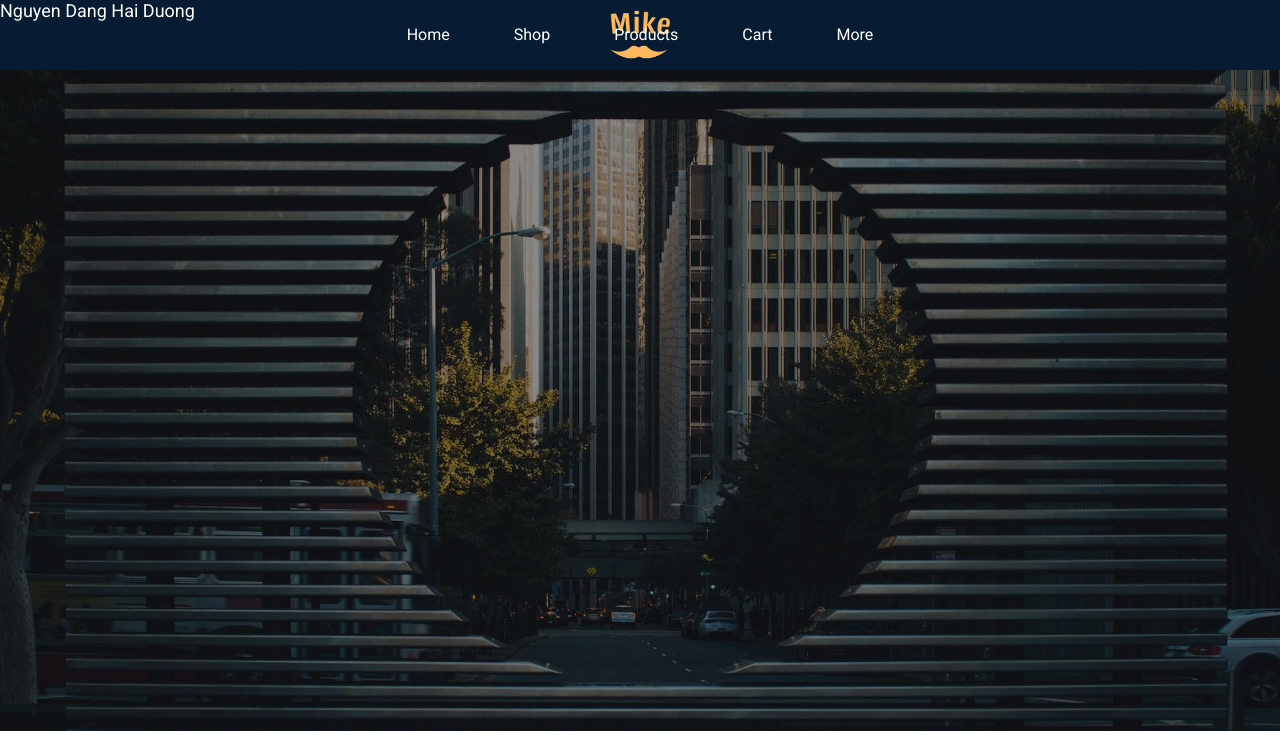
Repository: haiduong7499/Personal-Profile
Page: index.html
The author's editor kept a copy of each file at every save. The page is drawn from the files as they stood at one save, then again after the next save.
The browser window is 1280 px wide. The pictures show the whole page.

Above is the page before, as saved 2021-02-27 17:19:52.

### index.html
<!DOCTYPE html>
<html lang="en">
<head>
    <meta charset="UTF-8">
    <meta http-equiv="X-UA-Compatible" content="IE=edge">
    <meta name="viewport" content="width=device-width, initial-scale=1.0">
    <link rel="stylesheet" href="style/style.css">
    <link rel="stylesheet" href="style/base.css">
    <link rel="preconnect" href="https://fonts.gstatic.com">
    <link rel="preconnect" href="https://fonts.gstatic.com">
<link href="https://fonts.googleapis.com/css2?family=Roboto:wght@400;700&display=swap" rel="stylesheet">
    <title>Project</title>
</head>
<body>
    <div id="header">
        <img src="./asset/5c0eefeb-053e-4086-8d42-7e5a35580c82_200x200.png" alt="">
            <ul id="navbar">
                <li><a href="">Home</a></li>
                <li><a href="">Shop</a></li>
                <li><a href="">Products</a></li>
                <li><a href="">Cart</a></li>
                <li><a href="">More</a></li>
            </ul>
    </div>

    <div class="banner">
        <img src="./asset/home-parallax.jpg" alt="">
        <p>Nguyen Dang Hai Duong</p>
    </div>


</body>
</html>

### style/style.css
*{
    padding: 0;
    margin: 0;
    box-sizing: border-box;
}
html{
    font-family: 'Roboto', sans-serif;
}

#header {
    display:flex;
    justify-content: space-around;
    width: 100%;
    height:70px;
    background:#071C33;
    top: 0;
    left: 0;
    right: 0;
}
#header img{
    top: 8px;
    width: 5.5%;
    height: 75%;
    position: relative;
    line-height:70px;
}
#navbar{
    position: fixed;
}
#navbar li {
    list-style: none;
    line-height: 70px;
    display:inline-block;
}

#navbar li a{
    display: inline-block;
    padding: 0 30px;
    line-height: 70px;
    text-decoration: none;
    color: #fff;
}
#navbar li:hover a{
    background-color: #fcb85d;
    color: #071C33;
}

.banner{
    background-size: 50%;
}

.banner img{
    padding-top: -225px;
    width:100%;
}
.banner p{
    position: absolute;
    top: 0;
    left: 0;
    color: #fff;
    font-size: 18px;
}

Loaded but not shown: style/base.css (no stored copy; drawn as an empty file)

After the next save:
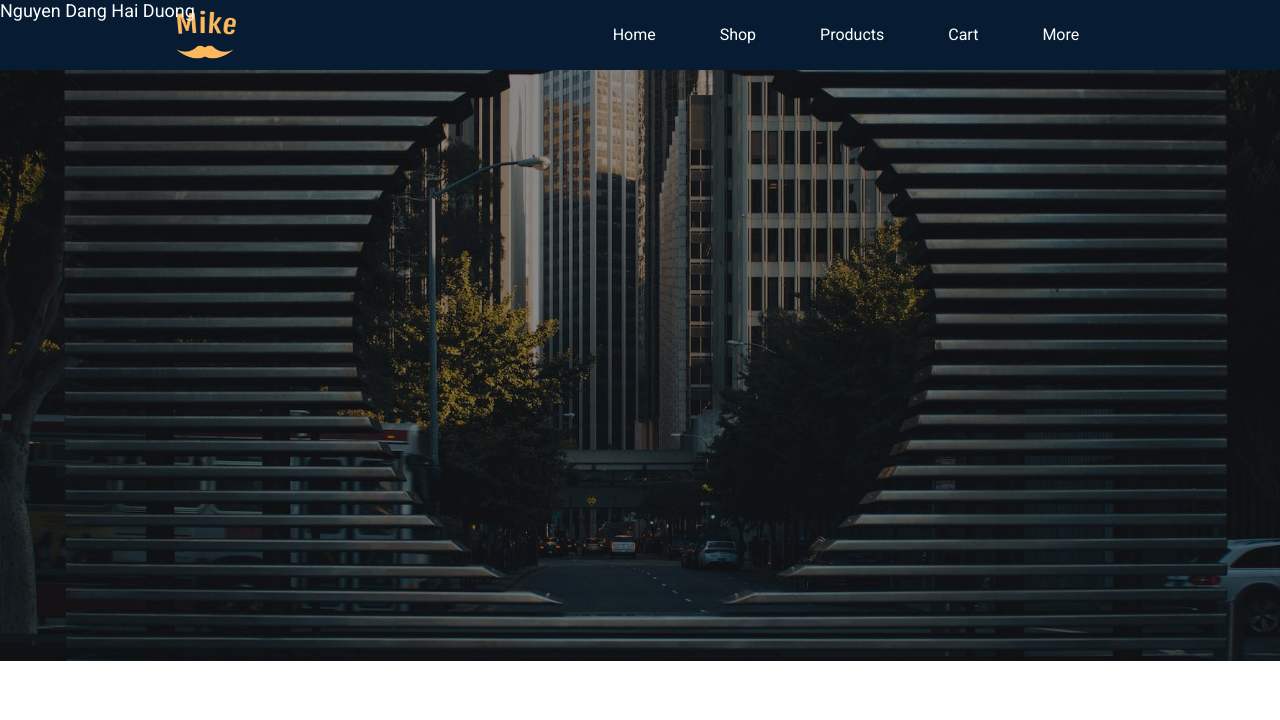
Saved 52 s later.
--- a/style/style.css
+++ b/style/style.css
@@ -13,6 +13,7 @@
     width: 100%;
     height:70px;
     background:#071C33;
+    position: fixed;
     top: 0;
     left: 0;
     right: 0;
@@ -24,9 +25,7 @@
     position: relative;
     line-height:70px;
 }
-#navbar{
-    position: fixed;
-}
+
 #navbar li {
     list-style: none;
     line-height: 70px;
